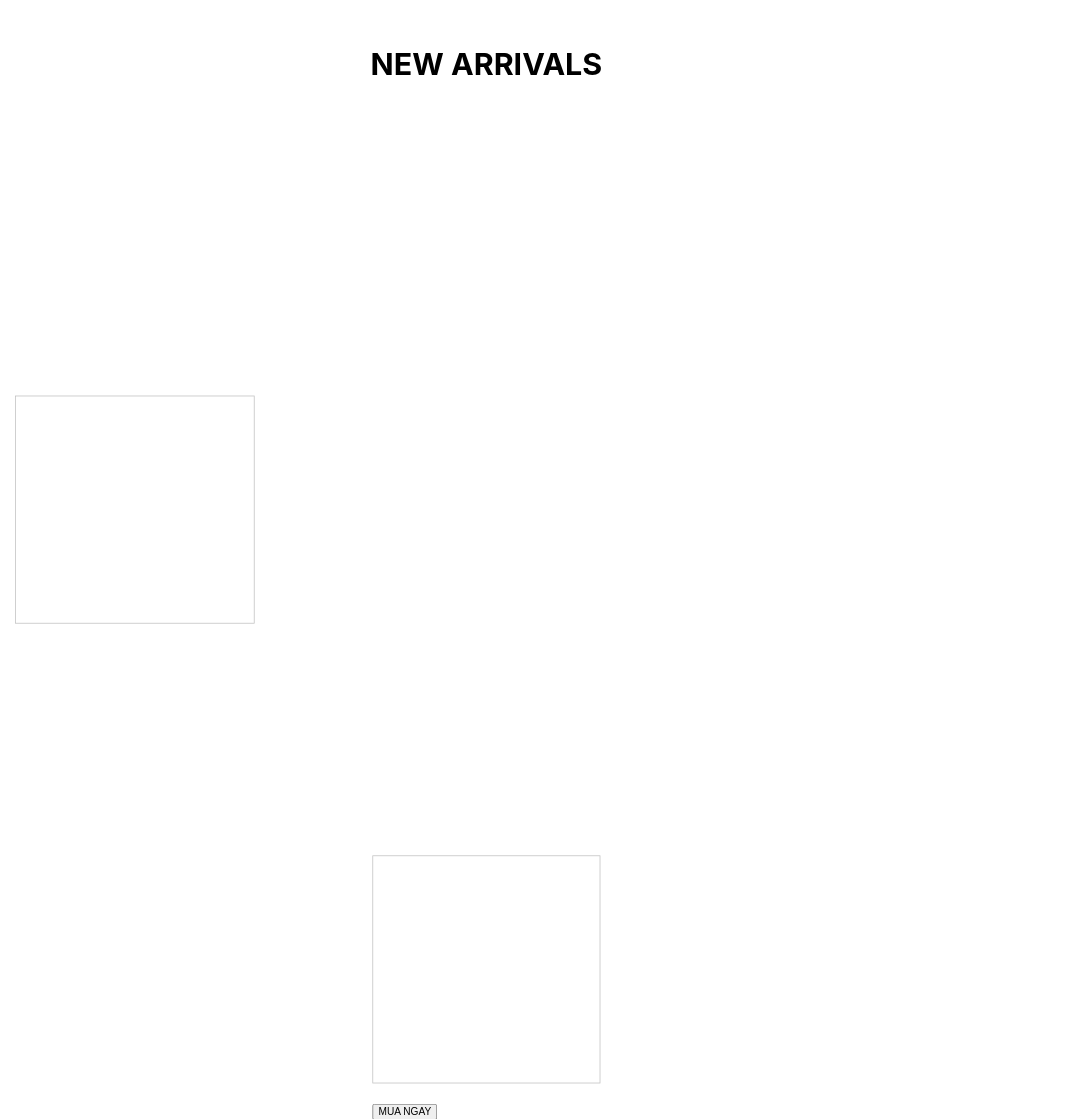
Repository: 0584386177/CuoiKiReactJs
Page: /
These files come from the project's save history. The page is drawn as it stood at one moment and after a run of saves; the edit follows.
The browser window is 1280 px wide. The page is 1420 px wide, so the pictures cover 1420 px, including what lies to the right of the window. The pictures show the part of the page from y = 390 to 1862 px (the page is 3407 px tall before and 2490 px after), at 76% of full size.
Pictures or frames that could not be fetched are drawn as grey boxes. The page's requests for data from a server got no answer. The project was rebuilt for these pictures with package versions that can differ from the ones it lists, and the page was loaded fresh each time. No one was signed in, and anything a server would have sent is missing. Also part of the build but not shown: src/components/Men/Men.jsx, src/components/Women/Women.jsx.

Above is the page before, as saved 2023-11-11 22:49:09.

After the next 2 saves:
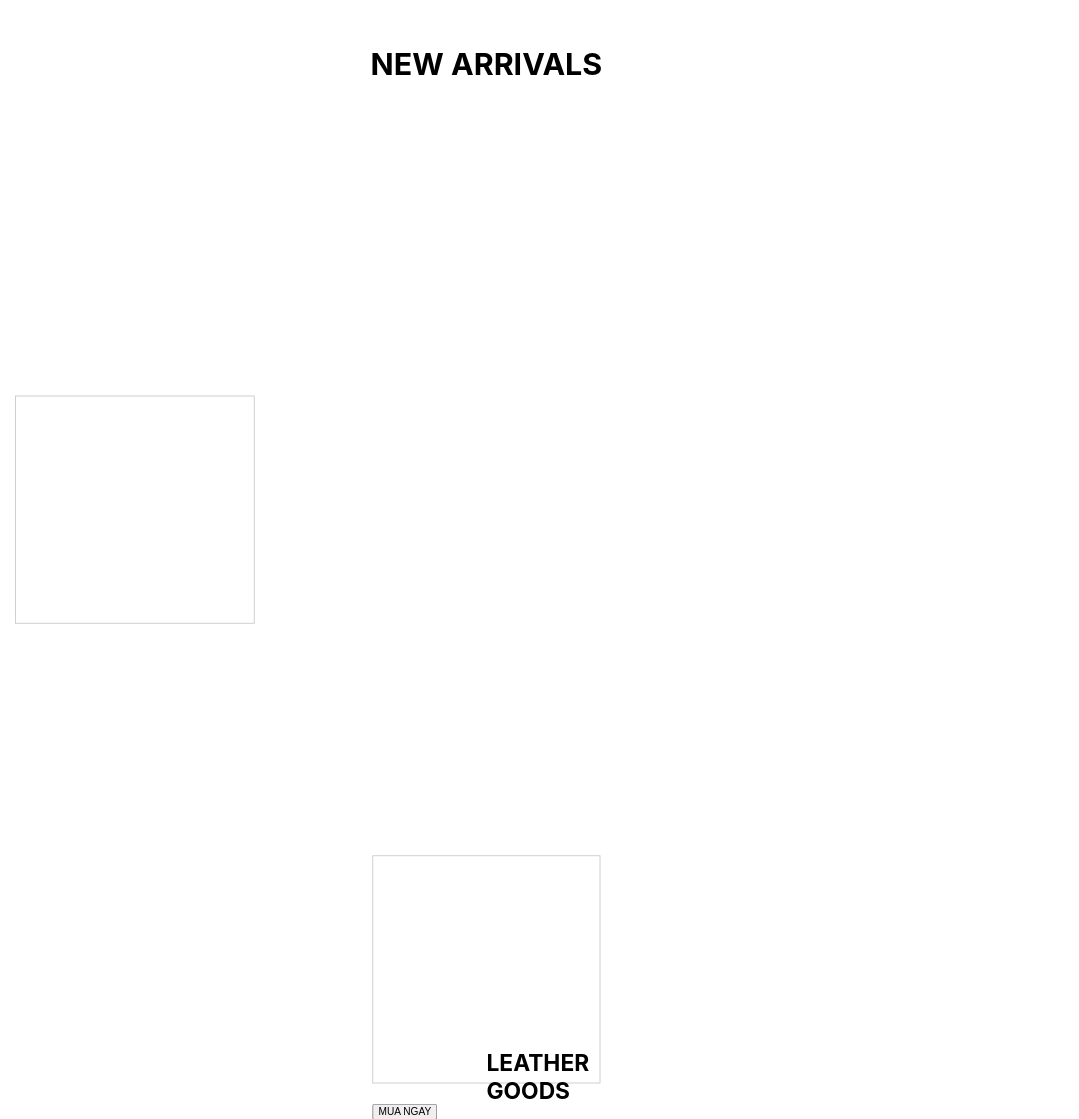
The 2 saves are shown as one change because they came seconds apart.
The last was saved 9 s later.
--- a/src/components/Page/LeatherGoods.jsx
+++ b/src/components/Page/LeatherGoods.jsx
@@ -9,7 +9,7 @@ const LeatherWrapper = styled.div`
 `
 const LeatherTitle = styled.h1`
     font-size: 30px;
-    margin : 50% 50%;
+    margin : 0 50%;
 `
 const LeatherItems = styled.div`
       display: grid;
